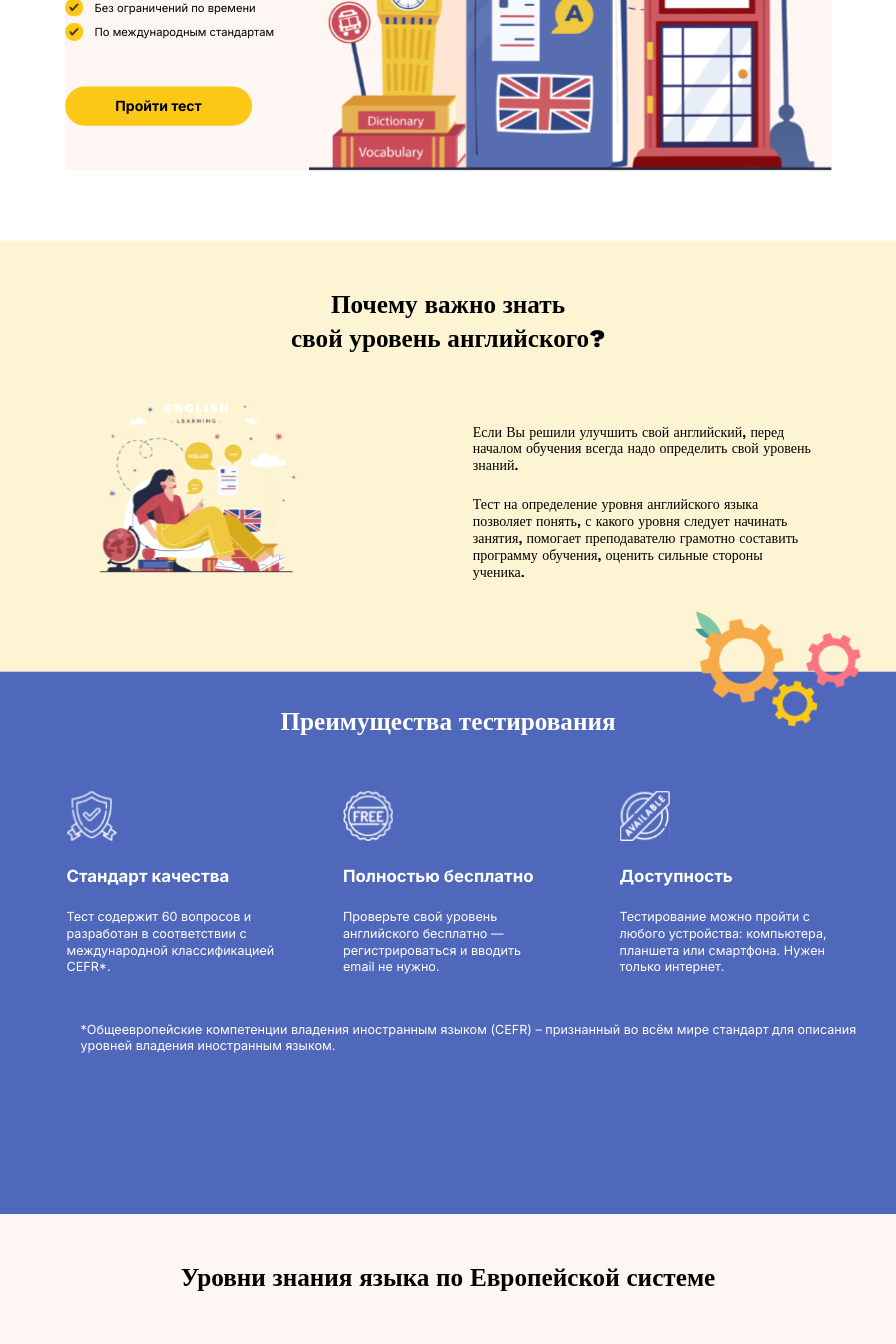
Repository: WladimirVA/PP-01-01_Dandelions
Page: Index.html
An editor plug-in stored every save of this project. The page is shown before and after the next save, followed by the edit.
The browser window is 1280 px wide. The pictures show the part of the page from y = 471 to 2391 px (the page is 3924 px tall), at 70% of full size.

Above is the page before, as saved 2023-01-25 17:11:03.
Console error: ReferenceError: $ is not defined

After the next save:
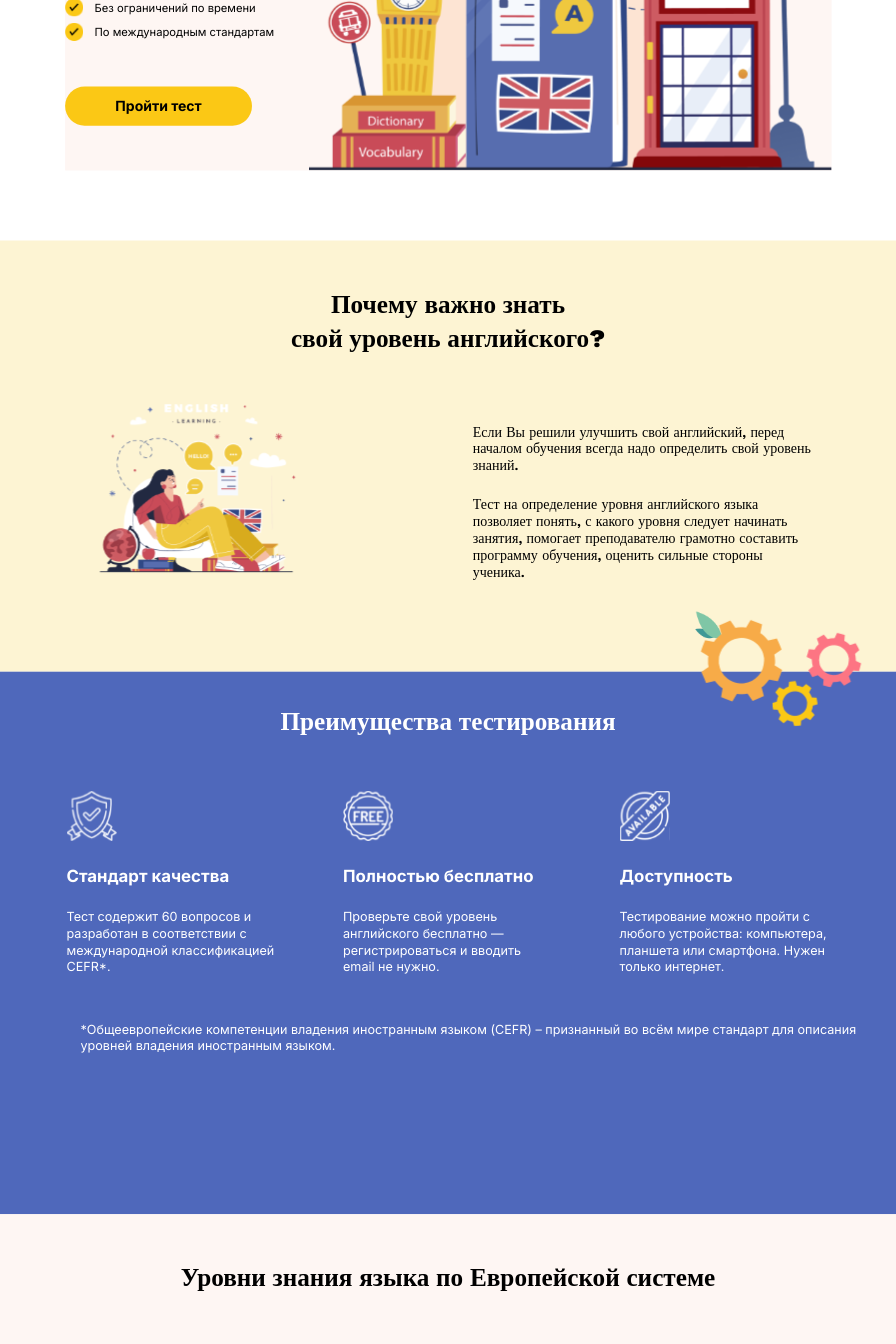
Saved 10 s later.
--- a/static/css/style.css
+++ b/static/css/style.css
@@ -197,7 +197,7 @@ body {
 
 img.rot {
     animation: 1s linear 0s normal none infinite running rot;
-    -webkit-animation: 3s linear 0s normal none infinite running rot;
+    -webkit-animation: 4s linear 0s normal none infinite running rot;
     /* width: 100px; */
   }
   @keyframes rot {
